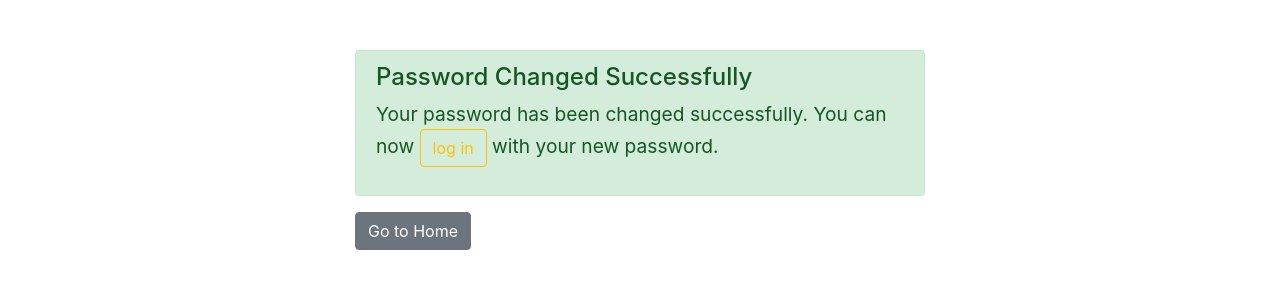
Repository: nyeinsu4520/tourland
Page: http://localhost/password-changed
These files come from the project's save history. The page is drawn as it stood at one moment and after the next save; the edit follows.
The browser window is 1280 px wide. The pictures show the whole page.
The page is this project's Thymeleaf template; nobody is signed in. The template is opened directly, without the code that normally fills it, so the values that code supplies are empty.

Above is the page before, as saved 2024-07-19 10:09:32.

### Tourland/src/main/resources/templates/password-changed.html
<!DOCTYPE html>
<html xmlns:th="http://www.thymeleaf.org">
<head>
    <title>Password Changed</title>
    <!-- Bootstrap CSS -->
    <link href="https://stackpath.bootstrapcdn.com/bootstrap/4.3.1/css/bootstrap.min.css" rel="stylesheet">
    <!-- Custom CSS for additional styling -->
    <style>
        .container {
            max-width: 600px;
            margin-top: 50px;
        }
        .alert-success {
            font-size: 1.2em;
        }
    </style>
</head>
<body>
    <div class="container">
        <div class="alert alert-success" role="alert">
            <h4 class="alert-heading">Password Changed Successfully</h4>
            <p>Your password has been changed successfully. You can now  <a th:href="@{/login}" class="btn btn-outline-warning">log in</a> with your new password.</p>
        </div>
        <a th:href="@{/}" class="btn btn-secondary">Go to Home</a>
    </div>
    <!-- Bootstrap JS, Popper.js, and jQuery -->
    <script src="https://code.jquery.com/jquery-3.3.1.slim.min.js"></script>
    <script src="https://cdnjs.cloudflare.com/ajax/libs/popper.js/1.14.7/umd/popper.min.js"></script>
    <script src="https://stackpath.bootstrapcdn.com/bootstrap/4.3.1/js/bootstrap.min.js"></script>
</body>
</html>

After the next save:
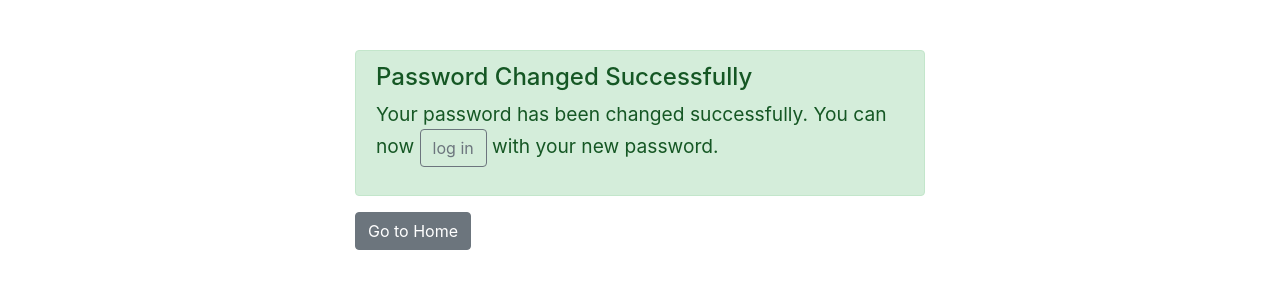
Saved 9 s later.
--- a/Tourland/src/main/resources/templates/password-changed.html
+++ b/Tourland/src/main/resources/templates/password-changed.html
@@ -19,7 +19,7 @@
     <div class="container">
         <div class="alert alert-success" role="alert">
             <h4 class="alert-heading">Password Changed Successfully</h4>
-            <p>Your password has been changed successfully. You can now  <a th:href="@{/login}" class="btn btn-outline-warning">log in</a> with your new password.</p>
+            <p>Your password has been changed successfully. You can now  <a th:href="@{/login}" class="btn btn-outline-secondary">log in</a> with your new password.</p>
         </div>
         <a th:href="@{/}" class="btn btn-secondary">Go to Home</a>
     </div>
